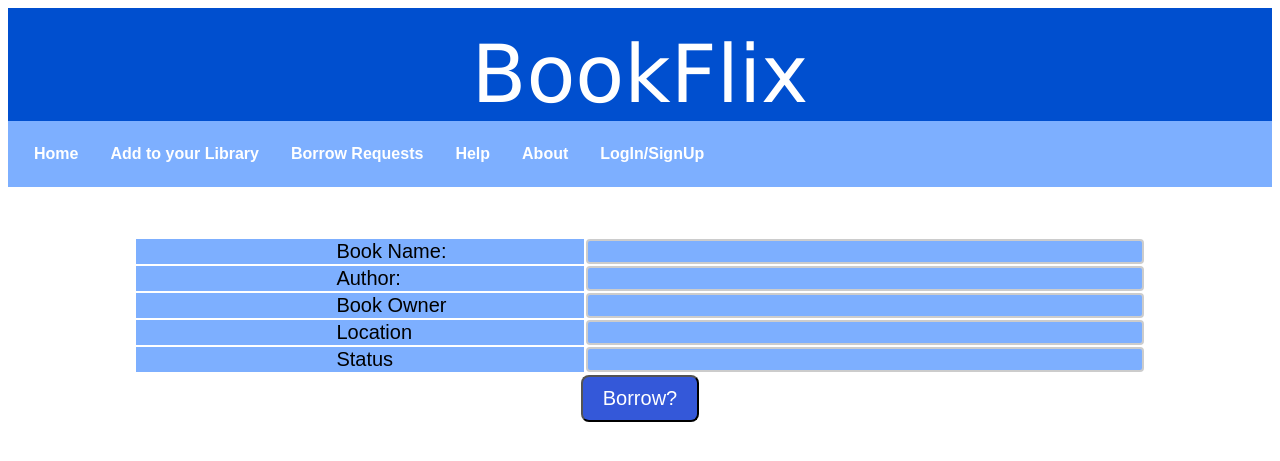
Repository: dan-10/Deloitte
Page: http://localhost/BookFlix/WEB-INF/views/status.jsp
These files come from the project's save history. The page is drawn as it stood at one moment and after the next save; the edit follows.
The browser window is 1280 px wide. The pictures show the whole page.
The page is served by Tomcat 9. Nobody is signed in. The template is opened directly, without the code that normally fills it, so the values that code supplies are empty.

Above is the page before, as saved 2019-08-09 04:53:35.

After the next save:
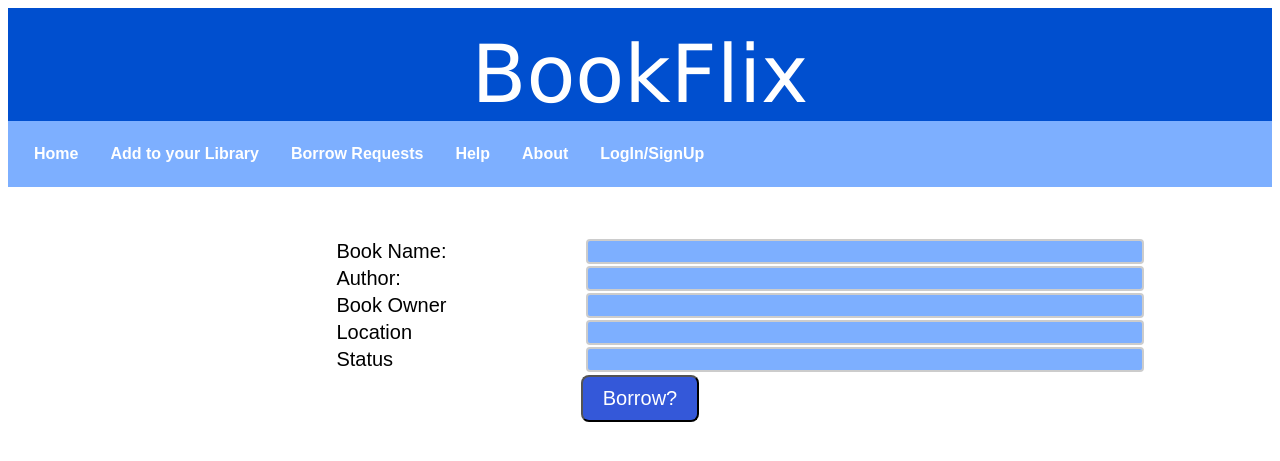
Saved 14 s later.
--- a/DeloitteTrainig/Final Project BookFlix/BookFlix/src/main/webapp/WEB-INF/views/status.jsp
+++ b/DeloitteTrainig/Final Project BookFlix/BookFlix/src/main/webapp/WEB-INF/views/status.jsp
@@ -39,7 +39,7 @@
 }
 
 .td1{
-	background-color: #7dafff;
+
 	width: 20%;
 	padding-left: 200px;
 
